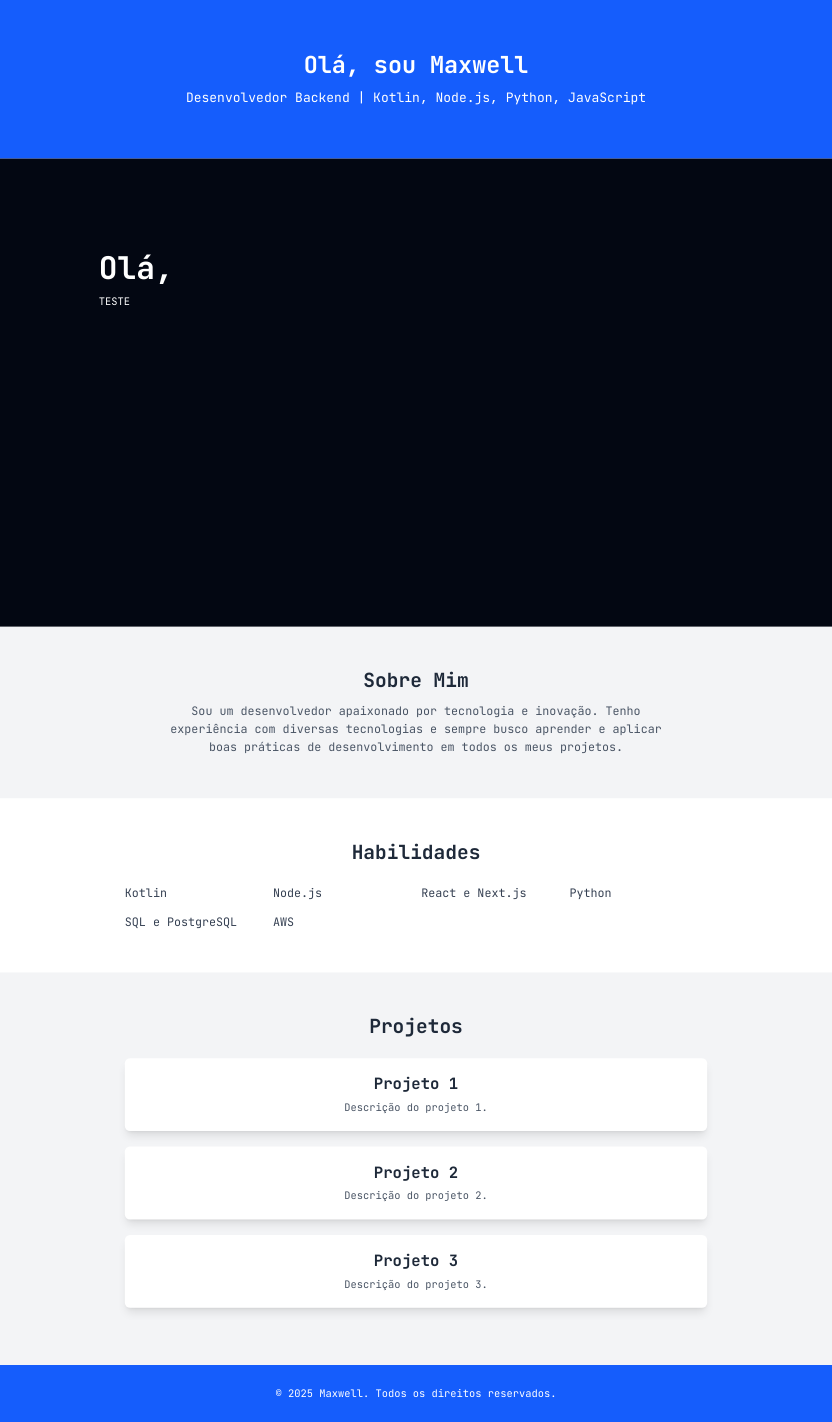
Repository: maxwelllbarboza/pagina-pessoal
Page: /
These files come from the project's save history. The page is drawn as it stood at one moment and after the next save; the edit follows.
The browser window is 1280 px wide. The pictures show the whole page, at 65% of full size.
The project was rebuilt for these pictures with package versions that can differ from the ones it lists, and the page was loaded fresh each time. The framework's server and built-in components were replaced by stand-ins that run in the browser. Also part of the build but not shown: next.config.mjs, next.config.ts.

Above is the page before, as saved 2025-02-27 11:04:19.

After the next save:
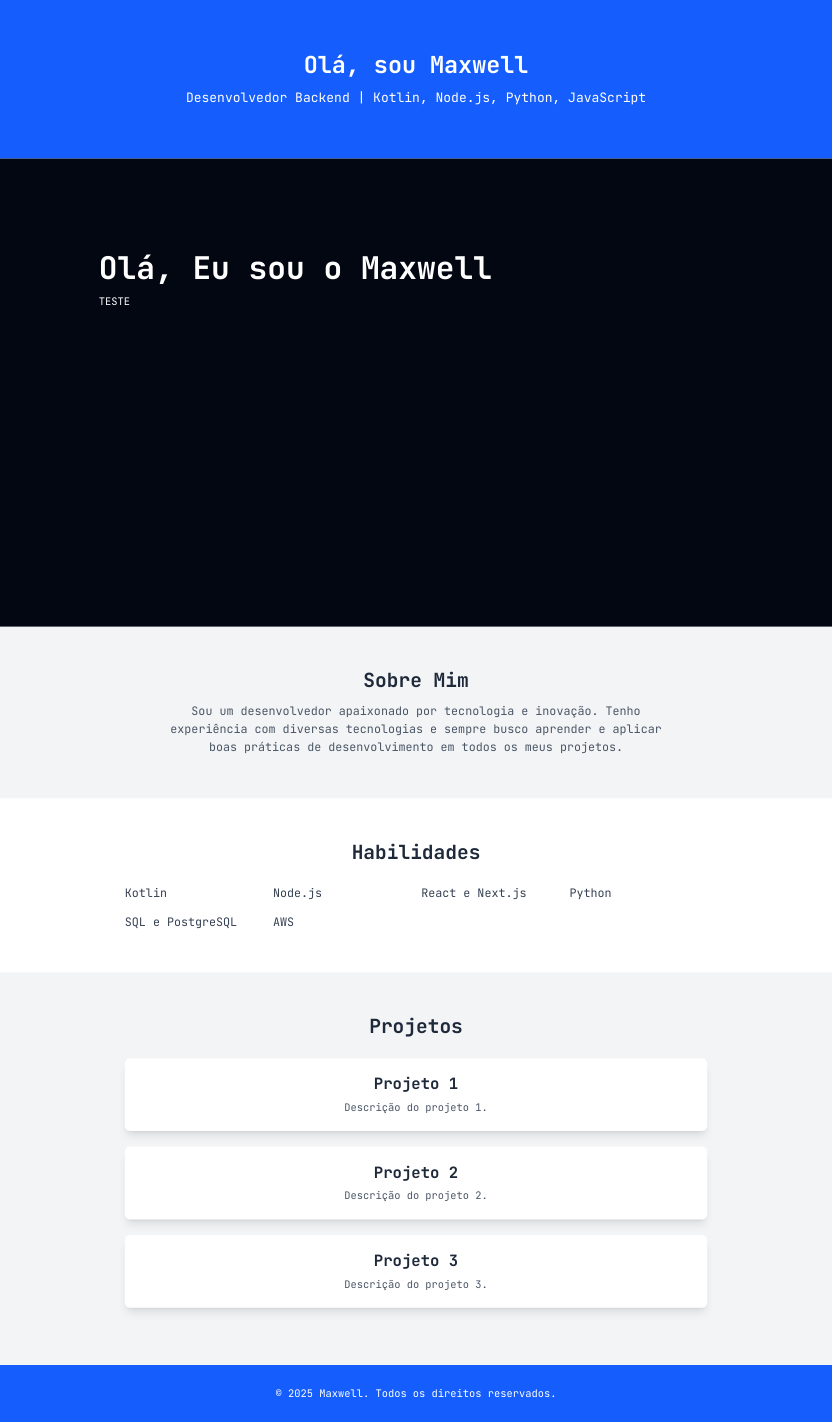
Saved 6 s later.
--- a/src/components/sobremim/SobreMim.tsx
+++ b/src/components/sobremim/SobreMim.tsx
@@ -14,7 +14,7 @@
                     >
                         <span className="text-gray-400 mb-4 block text lg:text-left"></span>
                         <h1 className="text-5xl font-bold mb-4 text-center lg:text-left">
-                            Olá,
+                            Olá, Eu sou o Maxwell
                         </h1>
                         TESTE
                     </motion.div>
